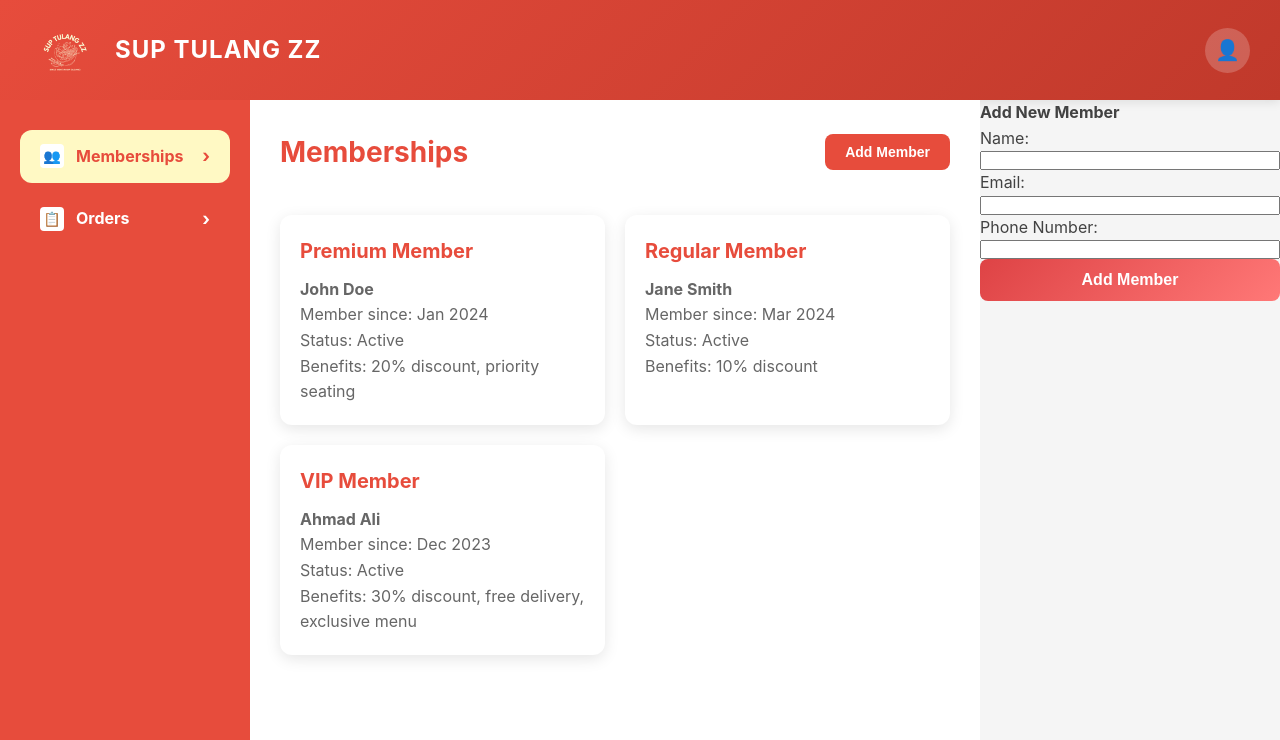
Repository: YIsheng2002/web-frontend
Page: view/Staff/dashboardstaff.html
An editor plug-in stored every save of this project. The page is shown before and after the next save, followed by the edit.
The browser window is 1280 px wide. The pictures show the whole page.

Above is the page before, as saved 2025-06-12 18:21:01.

After the next save:
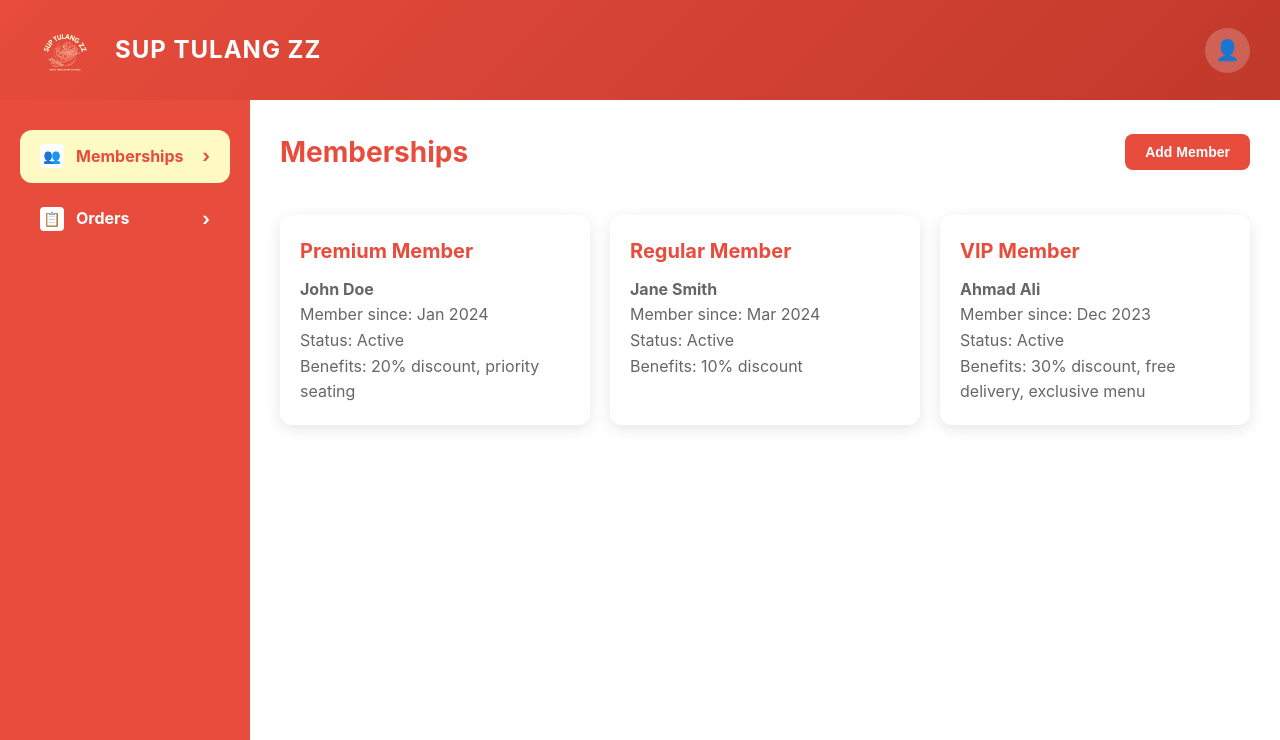
Saved 95 s later.
--- a/view/Staff/dashboardstaff.html
+++ b/view/Staff/dashboardstaff.html
@@ -124,31 +124,6 @@
             </div>
         </div>
 
-        <!-- addmember form-->
-         <div class="add-member-form" id="addMemberForm">
-          <div id="membershipForm" class="membership-form hidden">
-                <h4>Add New Member</h4>
-                <form id="addMemberForm">
-                    <div class="form-group">
-                        <label for="memberName">Name:</label>
-                        <input type="text" class="input-size" id="memberName" name="memberName" required>
-                    </div>
-
-                    <div class="form-group">
-                        <label for="memberEmail">Email:</label>
-                        <input type="email" class="input-size" id="memberEmail" name="memberEmail" required>
-                    </div>
-
-                    <div class="form-group">
-                        <label for="memberphonenumber">Phone Number:</label>
-                        <input type="phone number" class="input-size" id="memberphonenumber" name="memberphonenumber"
-                            required>
-                    </div>
-                    <button type="submit" class="btn-primary">Add Member</button>
-                </form>
-            </div>
-
-         </div>
 
 </body>
 
